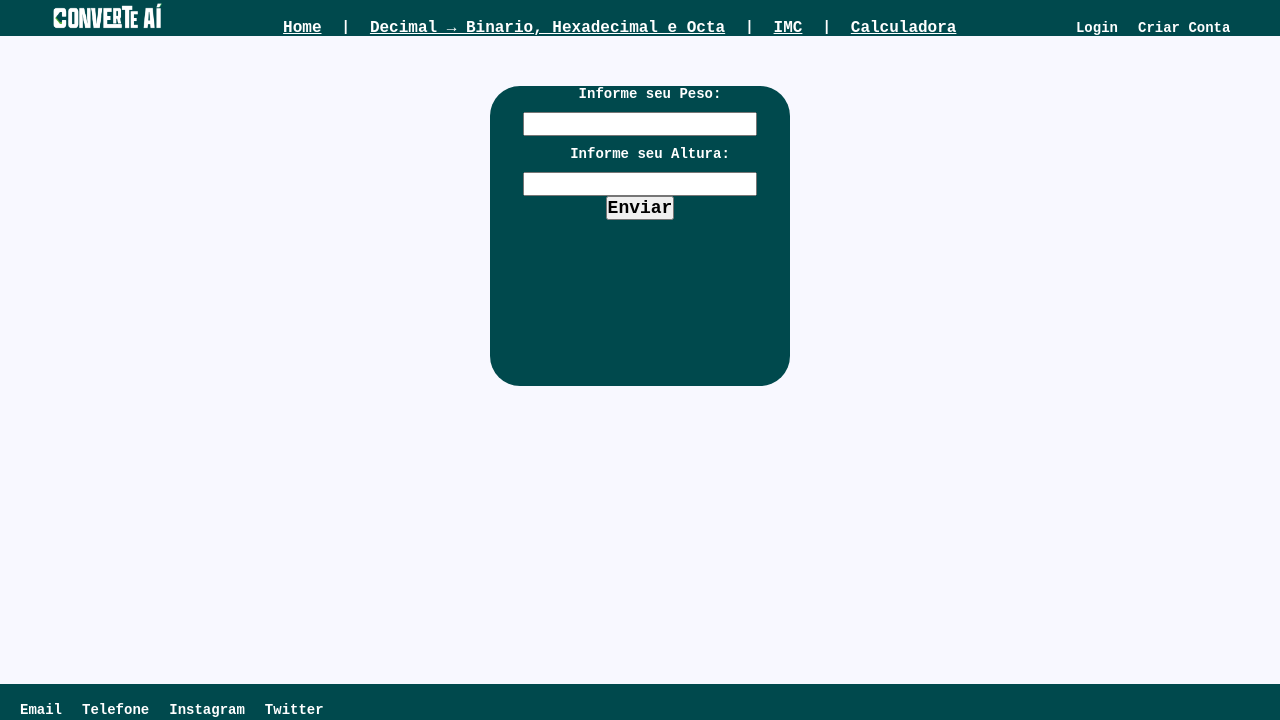
Repository: Frav1u/converteai
Page: ConverteAi/src/main/webapp/imc.html
An editor plug-in stored every save of this project. The page is shown before and after the next save, followed by the edit.
The browser window is 1280 px wide. The pictures show the whole page.
Some web fonts or font styles are not loaded; a fallback is used.

Above is the page before, as saved 2023-10-01 21:07:06.

After the next save:
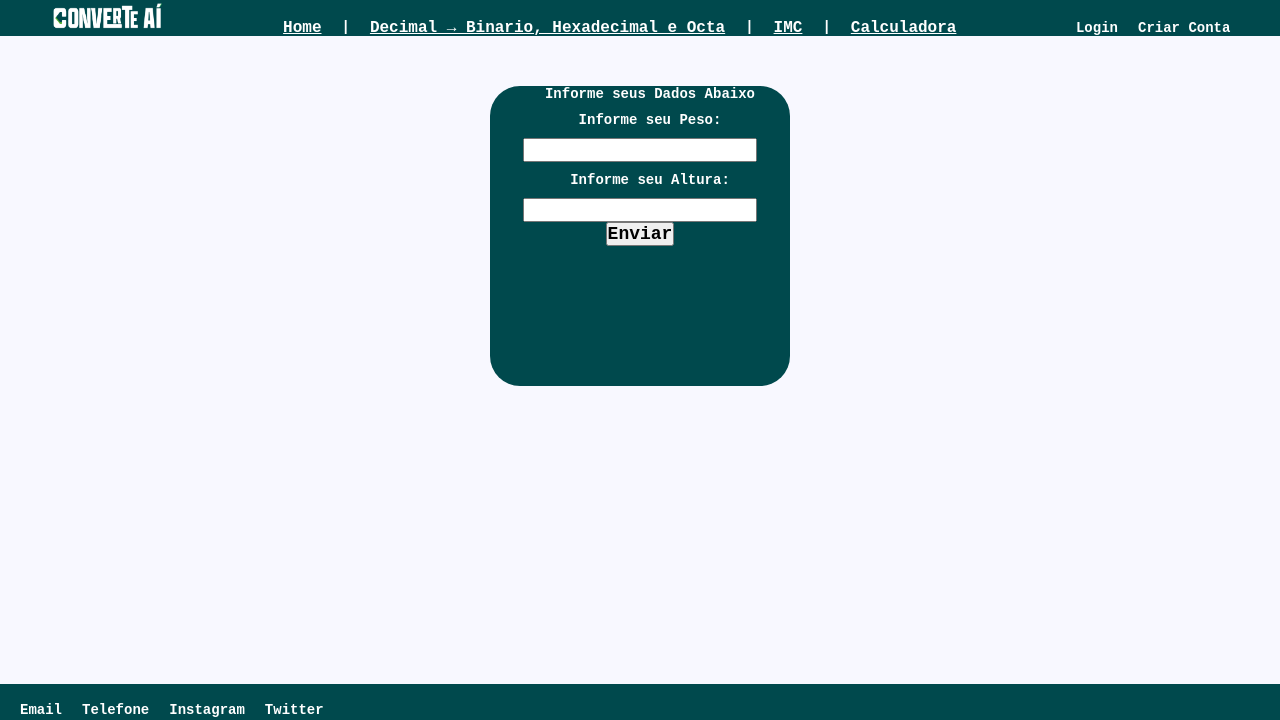
Saved 88 s later.
--- a/ConverteAi/src/main/webapp/imc.html
+++ b/ConverteAi/src/main/webapp/imc.html
@@ -36,6 +36,7 @@
 <div class="caixa">
 <form action = "receber.jsp">
 	<ul>
+		<li class="info">Informe seus Dados Abaixo</li>
 		<li class="li1">Informe seu Peso:</li>
 		<input class="li2" type="text" id="peso" name="peso">
 		<li class="li1">Informe seu Altura:</li>
